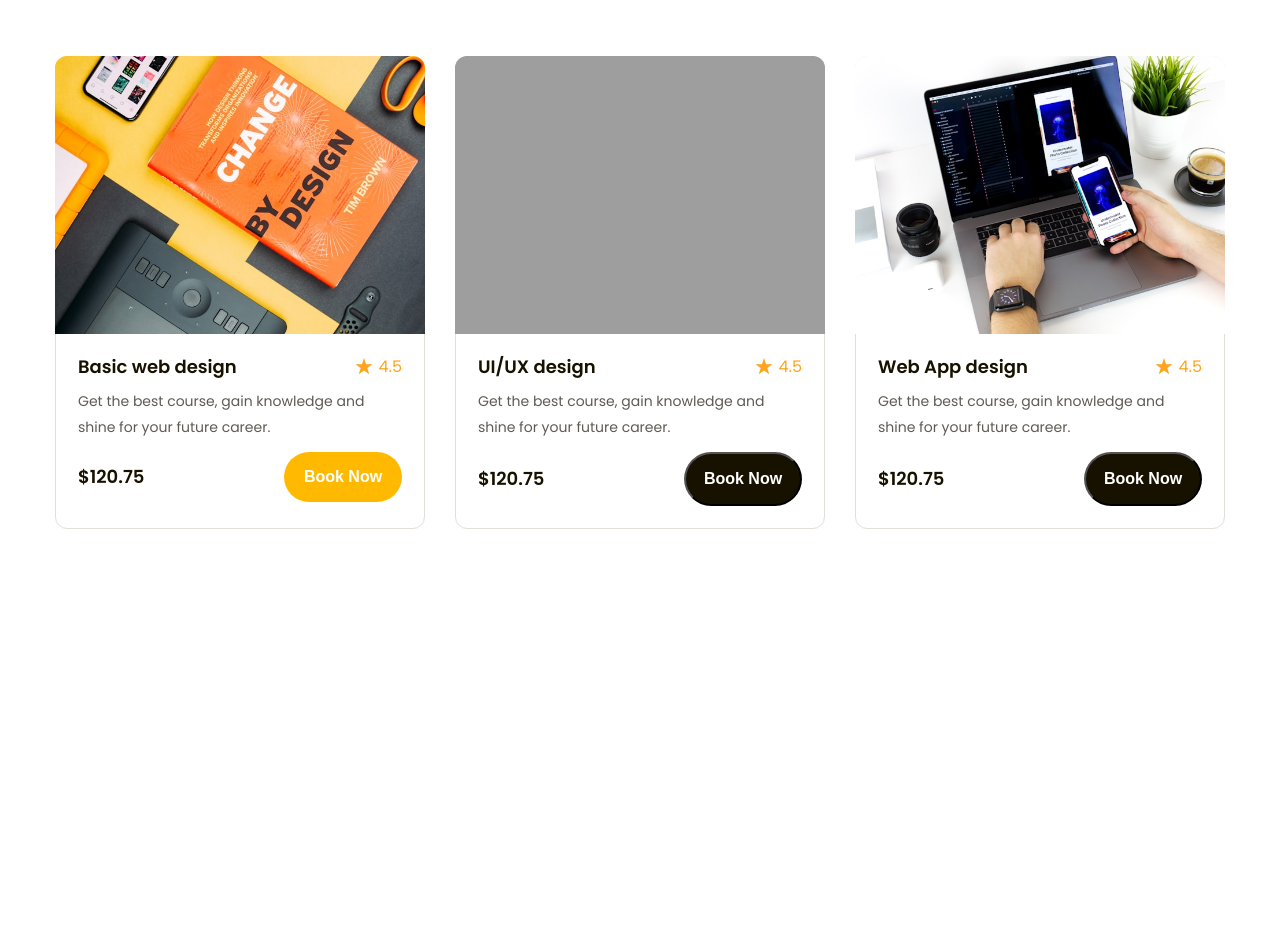
Repository: vancong171001/f8-html-css-02
Page: index.html
These files come from the project's save history. The page is drawn as it stood at one moment and after a run of saves; the edit follows.
The browser window is 1280 px wide. The pictures show the part of the page from y = 1243 to 2195 px (the page is 5000 px tall).
Pictures or frames that could not be fetched are drawn as grey boxes. A picture or video elsewhere on the page could not be fetched, so the positions and the page height are approximate.

Above is the page before, as saved 2025-03-11 14:35:39.

After the next 2 saves:
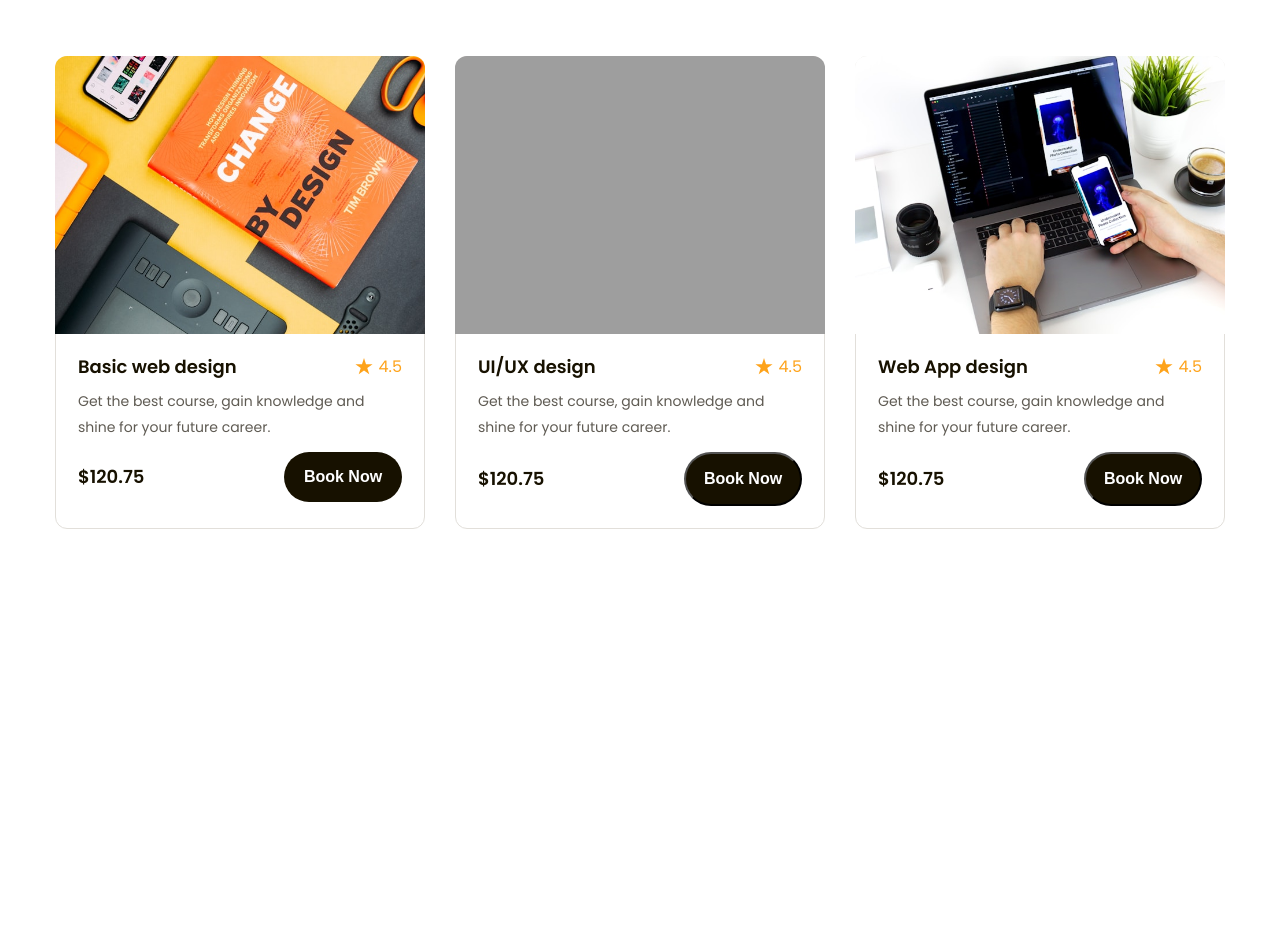
The 2 saves are shown as one change because they came seconds apart.
The last was saved 6 s later.
--- a/assets/css/style.css
+++ b/assets/css/style.css
@@ -375,7 +375,5 @@
 }
 
 .popular .foot .boot-btn {
-  background: var(--primary-color);
   border: none;
-  : 12px 24px;
-}
+}
